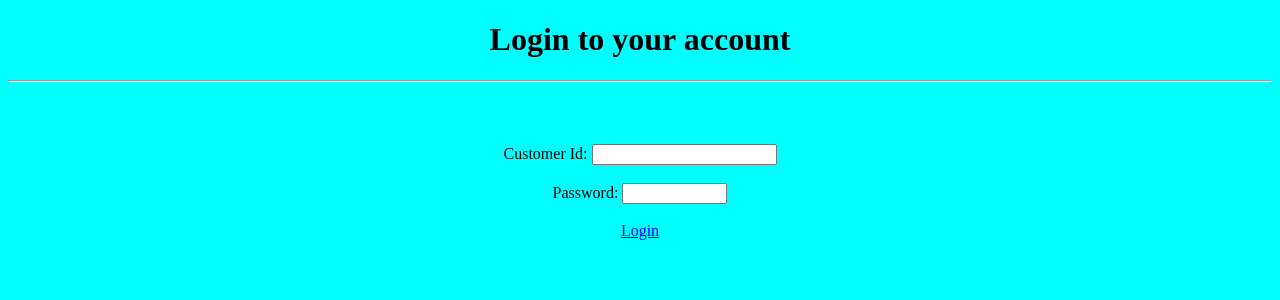
Repository: laikrish/day10
Page: http://localhost/BankApp/login.jsp
An editor plug-in stored every save of this project. The page is shown before and after the next save, followed by the edit.
The browser window is 1280 px wide. The pictures show the whole page.
The page is served by Tomcat 9.

Above is the page before, as saved 2018-09-12 06:58:08.

After the next save:
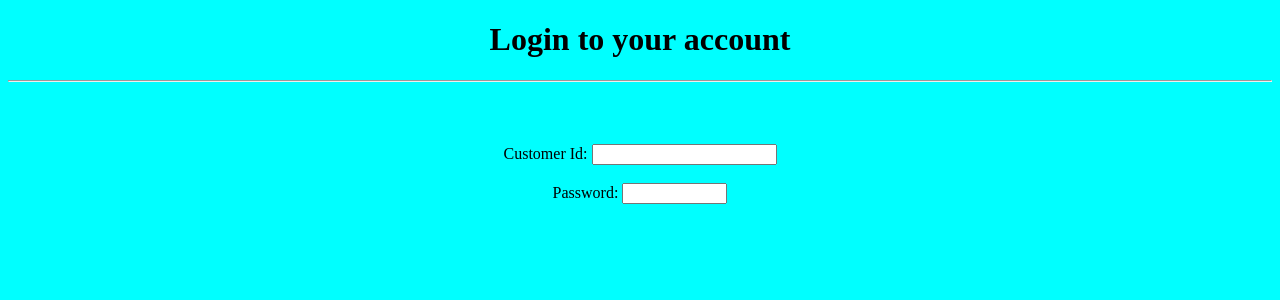
Saved 17 s later.
--- a/BankApp/WebContent/login.jsp
+++ b/BankApp/WebContent/login.jsp
@@ -17,8 +17,8 @@
 		<label> Password: </label>
 		<input type="password" name="password" size="10" required />
 		<br> <br>
-		<a href="login">Login</a>
+		<!-- <a href="login">Login</a> -->
 		<br> <br>
-
+</form>
 </body>
 </html>

After the save that followed:
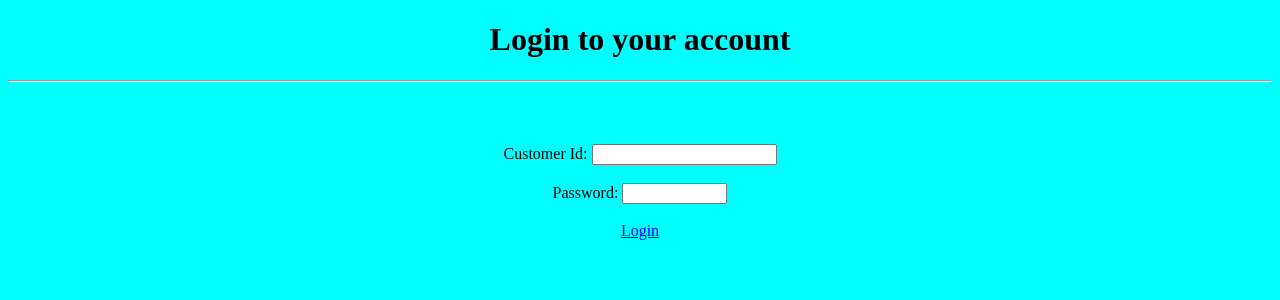
Saved 52 s later.
--- a/BankApp/WebContent/login.jsp
+++ b/BankApp/WebContent/login.jsp
@@ -17,7 +17,7 @@
 		<label> Password: </label>
 		<input type="password" name="password" size="10" required />
 		<br> <br>
-		<!-- <a href="login">Login</a> -->
+		<a href="login">Login</a>
 		<br> <br>
 </form>
 </body>
